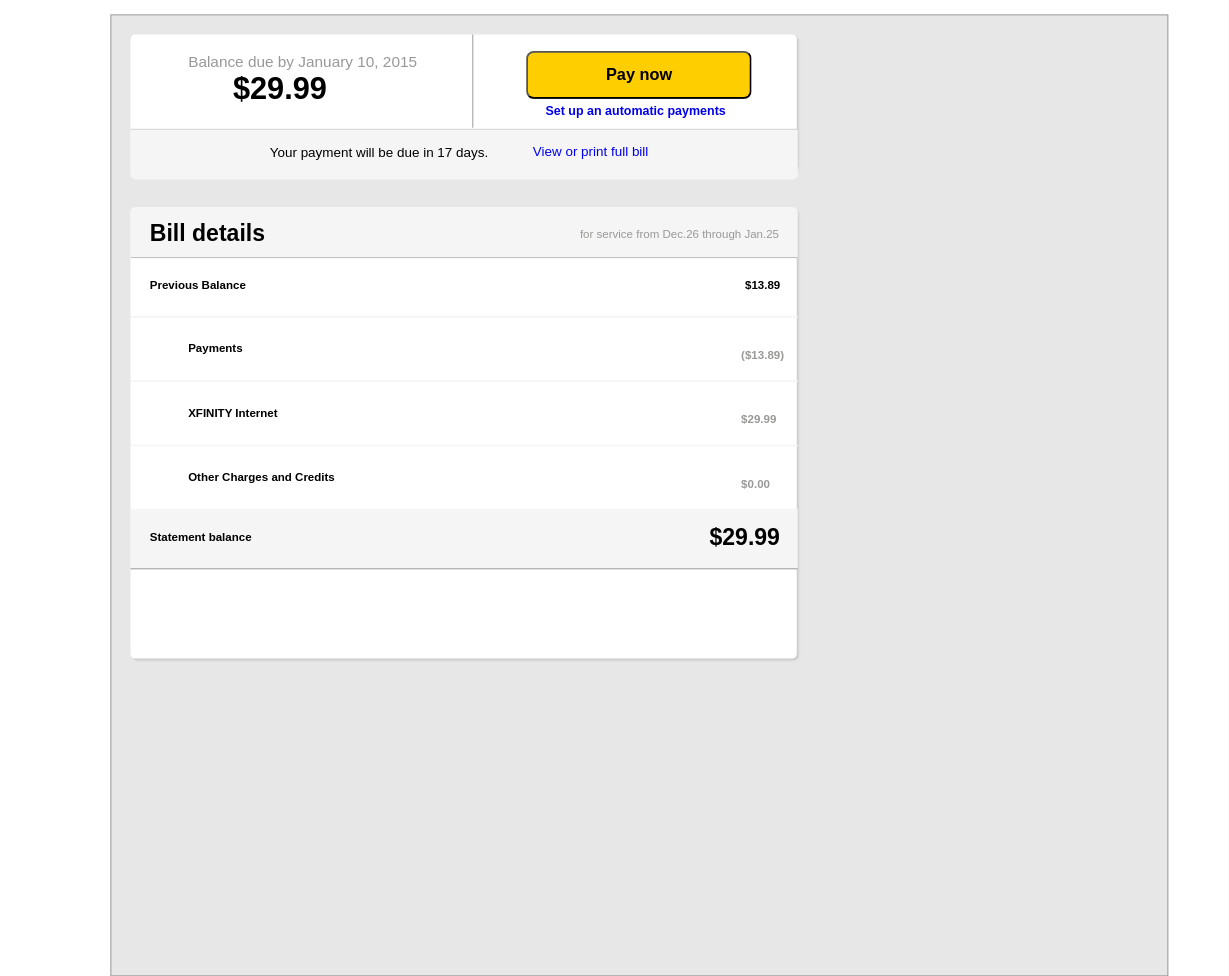
Repository: Sakivaday/UI-TSQ
Page: Aptana Studio 3 Workspace/tsq/assignment3/comcast2.html
These files come from the project's save history. The page is drawn as it stood at one moment and after the next save; the edit follows.
The browser window is 1280 px wide. The pictures show the whole page, at 96% of full size.
Pictures or frames that could not be fetched are drawn as grey boxes.

Above is the page before, as saved 2015-01-21 03:07:52.

### Aptana Studio 3 Workspace/tsq/assignment3/comcast2.html
<!DOCTYPE html>
<html lang="en">
	<head>


		<title>comcast2</title>
		<link href="comcst2.css" rel="stylesheet" type="text/css" media="all"/>
	</head>

	<body>
		<div class="bigbox">
			<div class="topleft1">

				<div class="cash">
					<p>Balance due by January 10, 2015</p>
					<h1>$29.99</h1>
				</div>
				<div class="pay">
					<button>Pay now</button>
					<a href="#">Set up an automatic payments</a>
				</div>
				<div class="days">
					<ul><li>
					<p>Your payment will be due in 17 days.
					<a href="#">View or print full bill</a></p>
				</li></ul>
				</div>
				</div>

			<div class="topleft2">
				<div class="billdetails">
					<h2>Bill details</h2>
					<div class="questionmark"></div>
					<p>for service from Dec.26 through Jan.25</p>
				</div>
			<div class="previousbalance">
				<p id="pb">Previous Balance</p>
				<p id="cc">$13.89</p>
			</div>
			<div class="rectbox1">
				<ul>
					<li>
						<div class="arrow"><p class="lft">Payments</p>
						</div>
						<p class="bill">($13.89)</p>
					</li></ul></div>

			<div class="rectbox1">	<ul>    <li>
						<div class="arrow"><p class="lft">XFINITY Internet</p>
						</div>
						<p class="bill">$29.99</p>
			</li></ul></div>
			<div class="rectbox1"><ul>		<li>
						<div class="arrow"><p class="lft">Other Charges and Credits</p>
						</div>
						<p class="bill">$0.00</p>
			</li></ul></div>
		<div class="statement">
					<p id="sb">Statement balance</p>
					<h2 id="p">$29.99</h2>
				</div>



			</div>



		</div>



	</body>
</html>

### Aptana Studio 3 Workspace/tsq/assignment3/comcst2.css
*{
	padding:0px;
	margin:0px;
	font-family: "Arial";
	text-decoration: none;
	list-style: none;
}
.bigbox {
	width:1100px;
	height: 1000px;
	margin-left:115px;
	margin-top: 15px;
	background-color: #e7e7e7;
	border: 1px solid #989896;
}
.topleft1{
	width: 694px;
	height: 140px;
	background-color: white;
	box-shadow: 2px 2px 2px #cacaca;
	border-radius: 5px;
	margin-left: 20px;
	margin-top: 20px;
	display: inline-block;
}
.cash{
	float:left;
	margin-left: 30px;
	margin-top:20px;
	width: 47%;
}
.cash p{
	color: #989896;
	margin-left: 30px;
}
.cash h1{
	text-align: center;
	margin-left: -75px;
}
button{
	background-color: #fece00;
	width: 235px;
	height: 50px;
	border-radius: 8px;
	font-weight: bold;
	font-size: 17px;
	float:left;
	margin-left: 55px;
	margin-top: 17px;
}
.pay a{
	font-size: 13px;
	font-weight:600;
	margin-left: 75px;
	padding-top: 5px;
	padding-bottom: 10px;
	display: inline-block;
}
.pay{
	width: 47%;
	float:left;
	border-left: 1px solid #989896;
}
.days{
	background-color: #F5F5F5;
	border-top: 1px solid #989896;
	height: 52px;
	width: 695px;
	margin-top: 98px;
	border-radius: 0px 0px 5px 5px;
}
.days ul li p{
	margin-left: 145px;
	margin-top: 16px;
	font-size: 14px;
}
.days ul li a{
	font-size:14px;
	margin-left: 274px;
    display:inherit;
    margin-top: -17px;
}
.pdf{
	margin-left: 500px;
	margin-top: 16px;
	font-size: 14px;
}
.topleft2{
	width: 694px;
	height: 470px;
	background-color: white;
	box-shadow: 2px 2px 2px #cacaca;
	border-radius: 5px;
	margin-left: 20px;
	margin-top: 40px;
	display: inline-block;
}
.billdetails{
    background-color: #F5F5F5;
	border-bottom: 1px solid #989896;
	height: 52px;
	width: 695px;
	border-radius: 5px 5px 0px 0px;
}
.billdetails h2{
	margin-top: 13px;
	margin-left: 20px;
	float: left;
}
.questionmark{
	background: url('pictures/sprite.png') no-repeat;
	width:14px;
	height:14px;
	background-position: -200px -1300px;
	float: left;
	margin-top: 21px;
	margin-left: 10px;
}
.billdetails p{
	margin-top: -14px;
	margin-left: 328px;
	float:left;
	font-size: 12px;
	color: #989896;
}
.previousbalance{
	border-bottom: 2px solid #F5F5F5;
	height: 60px;
	width: 695px;
}
#pb{
	margin-left:20px;
	margin-top: 21px;
	font-weight:600;
	float:left;
	font-size: 12px;
}
#cc{
	margin-left:520px;
	margin-top: 21px;
	font-weight:600;
	float: left;
	font-size: 12px;
}
.arrow{
	background: url('pictures/sprite.png') no-repeat;
	width:23px;
	height:23px;
	background-position: -101px -500px;
	float: left;
	margin-top: 21px;
	margin-left: 20px;
}
.lft{
	float: left;
	margin-top: 4px;
	margin-left: 40px;
	font-weight:600;
	font-size: 12px;
	width: 160px;
}
.bill{
	float: left;
	margin-top: -12px;
	margin-left: 636px;
	font-weight:600;
	font-size: 12px;
	color: #989896;
	display:inline-block;
}
.rectbox1{
	border-bottom: 2px solid #F5F5F5;
	height: 65px;
	width: 695px;
}
.statement{
	border-bottom: 1px solid #989896;
	height: 60px;
	width: 695px;
	background-color: #F5F5F5;
}
#sb{
	margin-left:20px;
	margin-top: 21px;
	font-weight:600;
	float:left;
	font-size: 12px;
}
#p{
	margin-left: 603px;
	margin-top: -21px;
	float: left;
}

After the next save:
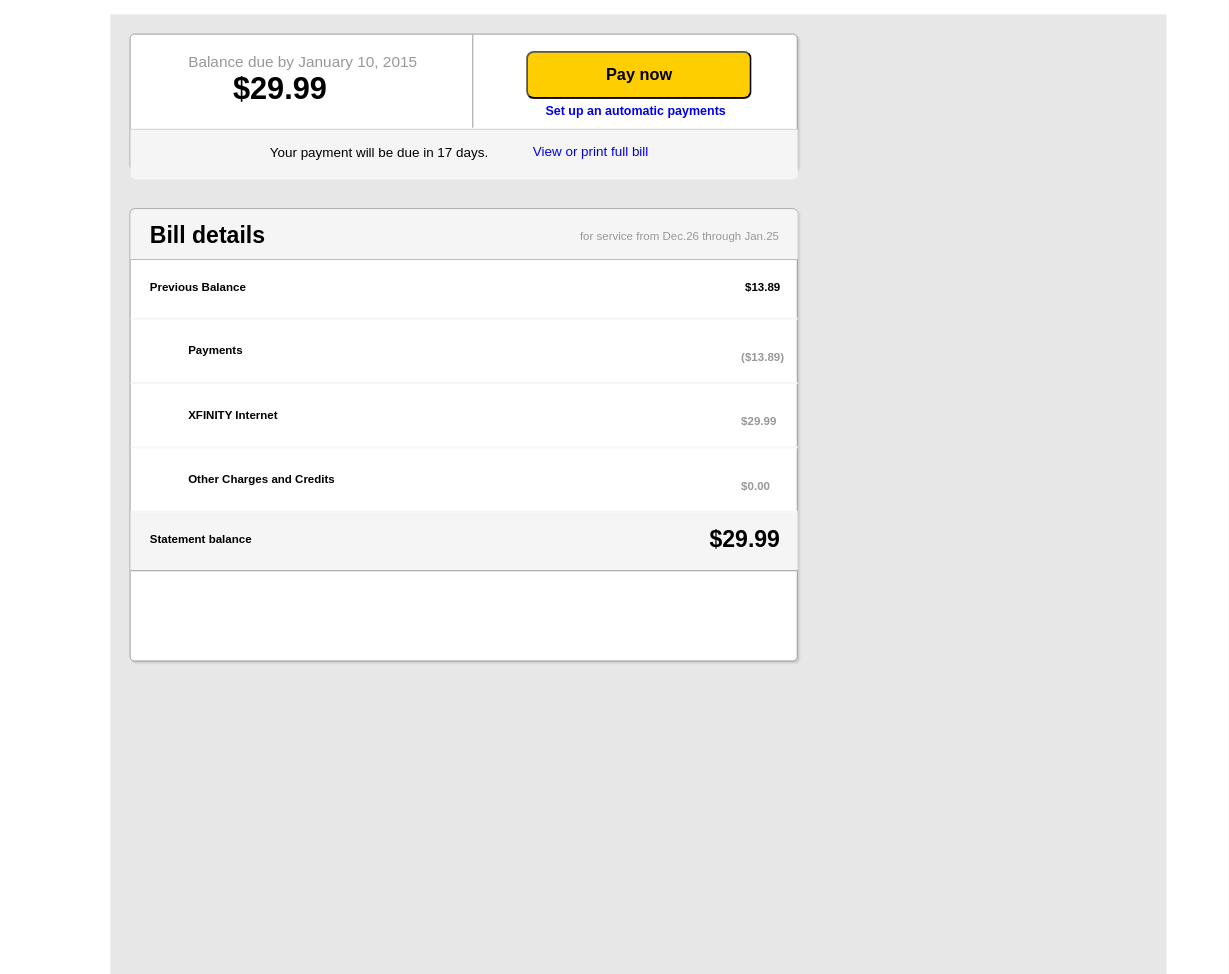
Saved 3 min 56 s later.
--- a/Aptana Studio 3 Workspace/tsq/assignment3/comcst2.css
+++ b/Aptana Studio 3 Workspace/tsq/assignment3/comcst2.css
@@ -11,7 +11,6 @@
 	margin-left:115px;
 	margin-top: 15px;
 	background-color: #e7e7e7;
-	border: 1px solid #989896;
 }
 .topleft1{
 	width: 694px;
@@ -22,6 +21,7 @@
 	margin-left: 20px;
 	margin-top: 20px;
 	display: inline-block;
+	border: 1px solid #989896;
 }
 .cash{
 	float:left;
@@ -94,6 +94,7 @@ button{
 	margin-left: 20px;
 	margin-top: 40px;
 	display: inline-block;
+	border: 1px solid #989896;
 }
 .billdetails{
     background-color: #F5F5F5;
